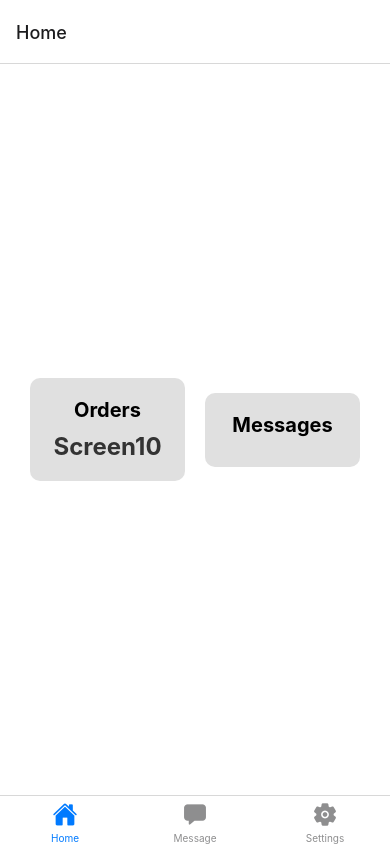
Repository: Waikato153/AwesomeProject
Screen: /
An editor plug-in stored every save of this project. The screen is shown before and after the next save, followed by the edit.
The app was drawn by React Native's web renderer in a window 390 px wide. The project was rebuilt for these pictures with package versions that can differ from the ones it lists, and the page was loaded fresh each time.

Above is the screen before, as saved 2024-02-28 15:54:46.

### App.js
import * as React from 'react';
import { Text, View, StyleSheet} from 'react-native';
import { NavigationContainer } from '@react-navigation/native';
import { createBottomTabNavigator } from '@react-navigation/bottom-tabs';
import { Ionicons } from '@expo/vector-icons';

import HomeScreen from './screens/HomeScreen';

function SettingsScreen() {
  return (
    <View style={{ flex: 1, justifyContent: 'center', alignItems: 'center' }}>
      <Text>Settings!</Text>
    </View>
  );
}


const styles = StyleSheet.create({
  container: {
    flex: 1,
    justifyContent: 'center',
    backgroundColor: 'white',
    alignItems: 'center',
    padding: 8,
  },
  paragraph: {
    margin: 24,
    fontSize: 18,
    fontWeight: 'bold',
    textAlign: 'center',
  },
});

const Tab = createBottomTabNavigator();

function MyTabs() {
  return (

    <Tab.Navigator>
      <Tab.Screen
        name="Home"
        component={HomeScreen}
        options={{
          tabBarIcon: ({ color, size }) => (
            <Ionicons name="home" color={color} size={size} />
          ),
        }}
      />
      <Tab.Screen
        name="Message"
        component={SettingsScreen}
        options={{
          tabBarIcon: ({ color, size }) => (
            <Ionicons name="chatbox" color={color} size={size} />
          ),
        }}
      />
      <Tab.Screen
        name="Settings"
        component={SettingsScreen}
        options={{
          tabBarIcon: ({ color, size }) => (
            <Ionicons name="settings" color={color} size={size} />
          ),
        }}
      />
    </Tab.Navigator>



  );
}

export default function App() {
  return (
    <NavigationContainer>
      <MyTabs />
    </NavigationContainer>
  );
}

### screens/HomeScreen.js
import React from 'react';
import { View, Text, StyleSheet } from 'react-native';

const HomeScreen = () => {
  return (
    <View style={styles.container}>
      <View style={styles.block}>
        <Text style={styles.title}>Orders</Text>
        <Text style={styles.count}>Screen10</Text>
      </View>
      <View style={styles.block}>
        <Text style={styles.title}>Messages</Text>

      </View>
    </View>
  );
};

const styles = StyleSheet.create({
  container: {
    flex: 1,
    flexDirection: 'row',
    justifyContent: 'space-around',
    alignItems: 'center',
    backgroundColor: '#ffffff',
    padding: 20,
  },
  block: {
    flex: 1,
    justifyContent: 'center',
    alignItems: 'center',
    backgroundColor: '#e0e0e0',
    borderRadius: 10,
    padding: 20,
    margin: 10,
  },
  title: {
    fontSize: 20,
    fontWeight: 'bold',
    marginBottom: 10,
  },
  count: {
    fontSize: 24,
    fontWeight: 'bold',
    color: '#333333',
  },
});



export default HomeScreen;

After the next save:
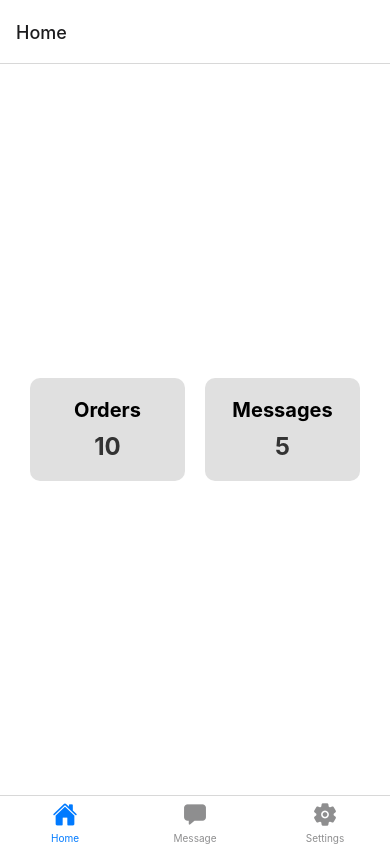
Saved 9 s later.
--- a/screens/HomeScreen.js
+++ b/screens/HomeScreen.js
@@ -6,11 +6,11 @@ const HomeScreen = () => {
     <View style={styles.container}>
       <View style={styles.block}>
         <Text style={styles.title}>Orders</Text>
-        <Text style={styles.count}>Screen10</Text>
+        <Text style={styles.count}>10</Text>
       </View>
       <View style={styles.block}>
         <Text style={styles.title}>Messages</Text>
-
+        <Text style={styles.count}>5</Text>
       </View>
     </View>
   );
